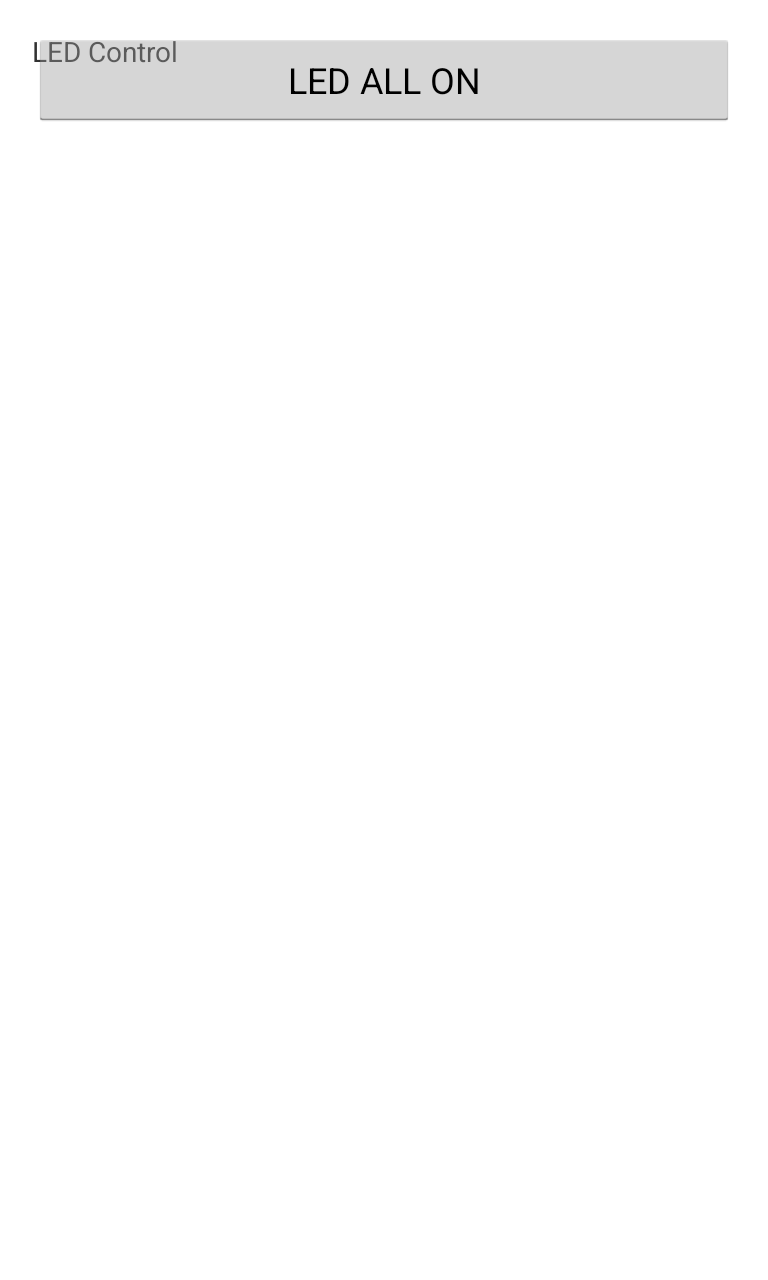
Repository: zgliuyang/android_study
Layout: LedCtrl/res/layout/activity_main.xml
An editor plug-in stored every save of this project. The layout is shown before and after a run of saves, followed by the edit.
It is drawn on a 768 x 1280 px phone screen (xhdpi) without system bars, with theme AppTheme; the app's code is not run.

Above is the layout before, as saved 2020-05-20 16:23:39.

After the next 2 saves:
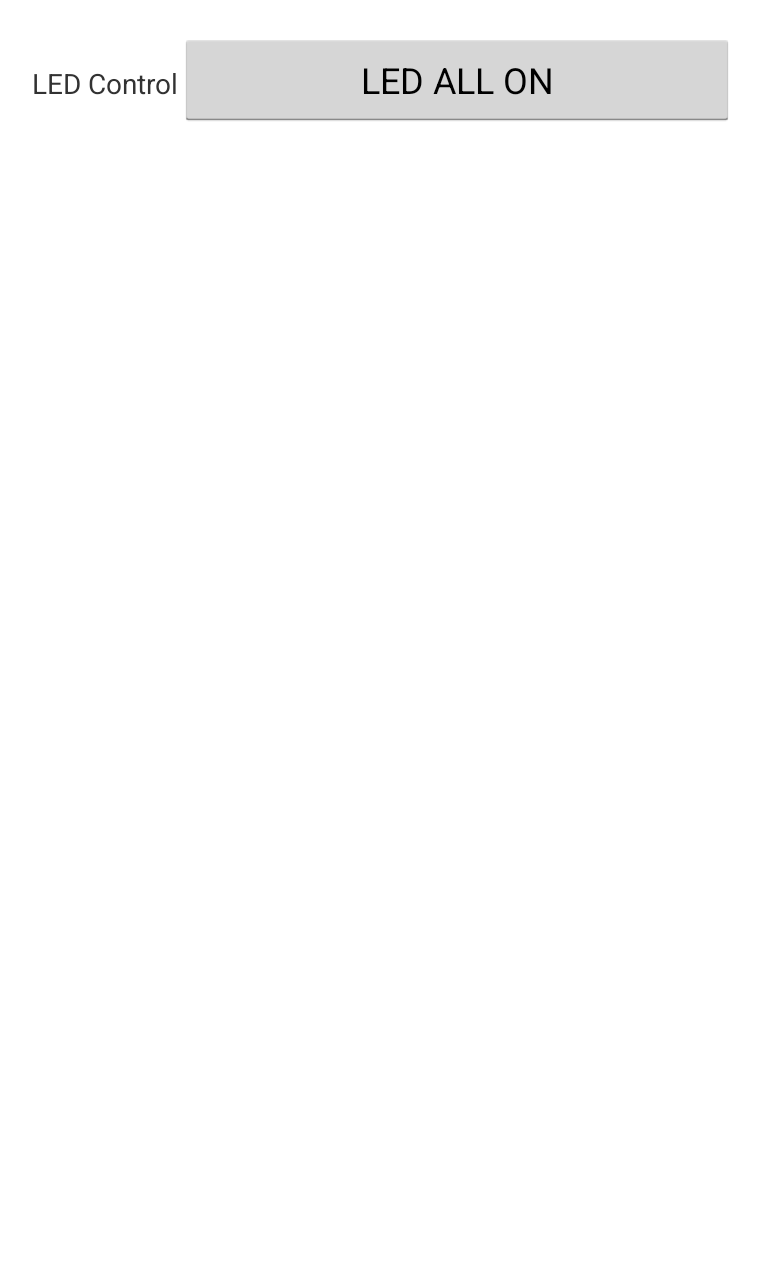
The 2 saves are shown as one change because 1 did not build or start.
The last was saved 22 s later.
--- a/LedCtrl/res/layout/activity_main.xml
+++ b/LedCtrl/res/layout/activity_main.xml
@@ -1,4 +1,4 @@
-<RelativeLayout xmlns:android="http://schemas.android.com/apk/res/android"
+<LinearLayout xmlns:android="http://schemas.android.com/apk/res/android"
     xmlns:tools="http://schemas.android.com/tools"
     android:layout_width="match_parent"
     android:layout_height="match_parent"
@@ -17,4 +17,4 @@
         android:layout_height="wrap_content"
         android:text="LED ALL ON" />
 
-</RelativeLayout>
+</LinearLayout>
